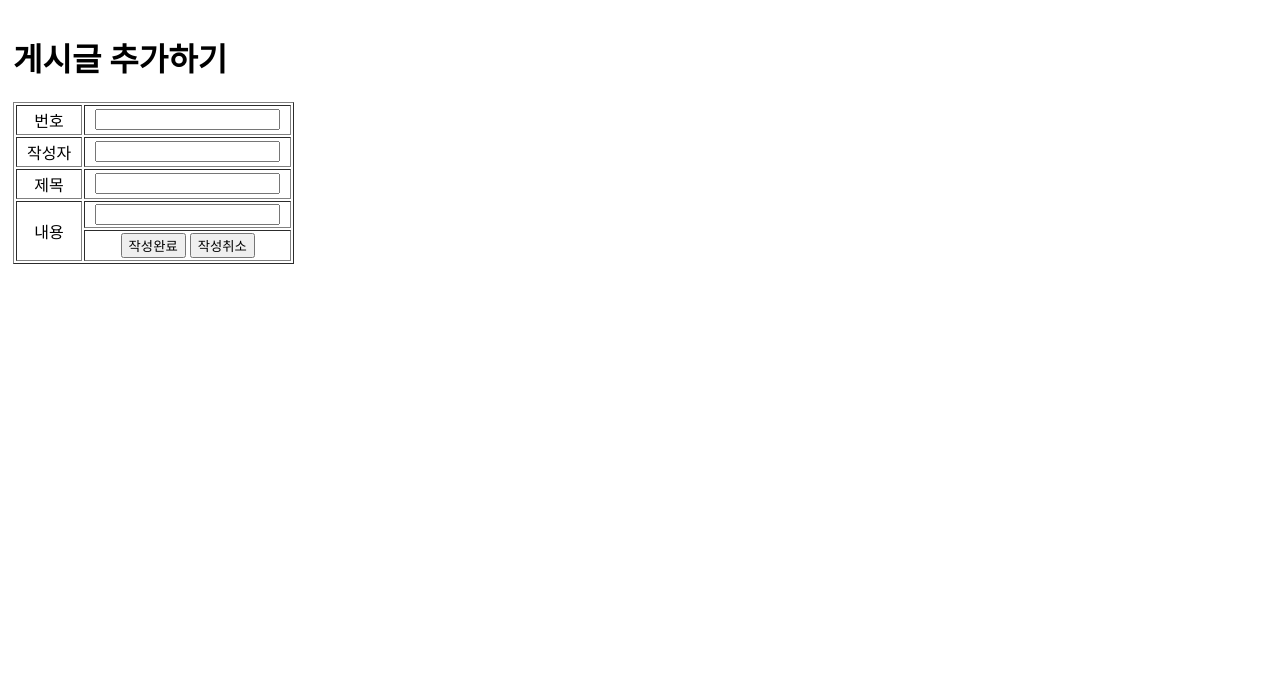
Repository: jjuhye/JSPWorkspace
Page: http://localhost/basic/00_board/_04_addBoard.jsp
These files come from the project's save history. The page is drawn as it stood at one moment and after the next save; the edit follows.
The browser window is 1280 px wide. The pictures show the whole page.
The page is served by Tomcat 9.

Above is the page before, as saved 2023-02-24 06:34:11.

After the next save:
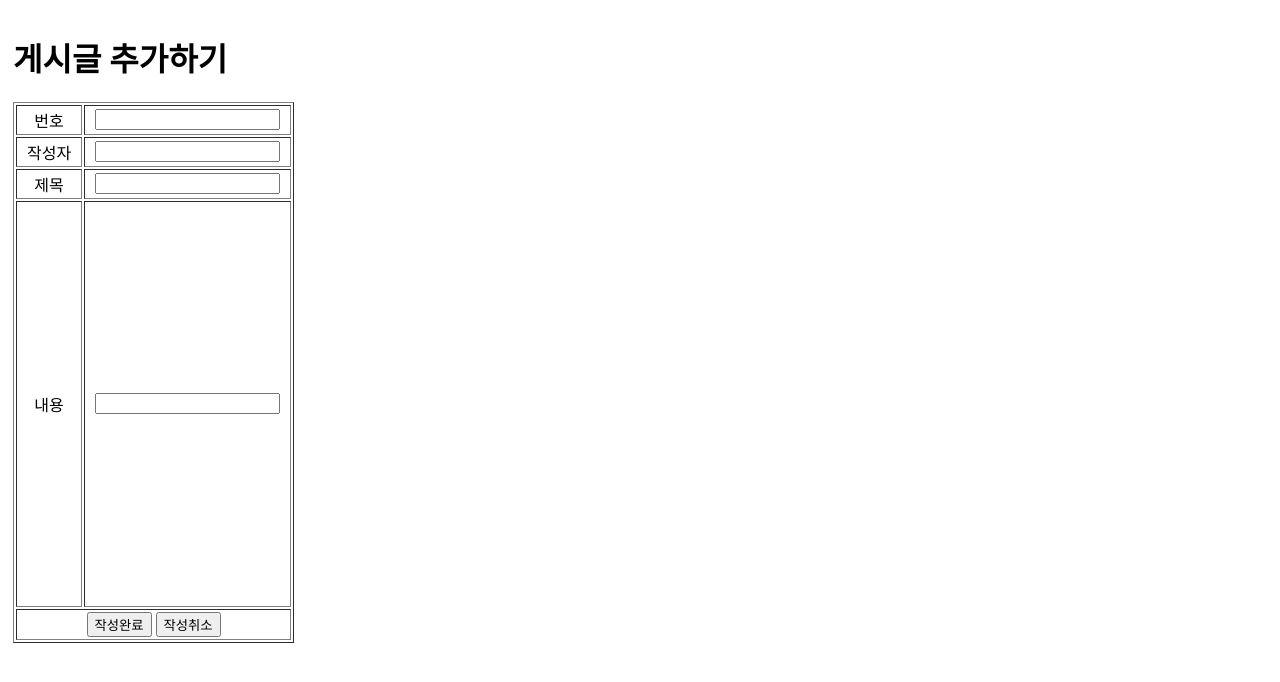
Saved 58 min 33 s later.
--- a/basic/src/main/webapp/00_board/_04_addBoard.jsp
+++ b/basic/src/main/webapp/00_board/_04_addBoard.jsp
@@ -18,7 +18,7 @@
 		<td><input></td></tr>
 		<tr><td>제목</td>
 		<td><input></td></tr>
-		<tr><td rowspan='7'>내용</td>
+		<tr><td height="400px">내용</td>
 		<td><input></td></tr>
 		<tr><td colspan="2"><input type="button" name="write" value="작성완료">
 	    	<button onclick="location.href='_00_main.jsp'">작성취소</button></td></tr>
